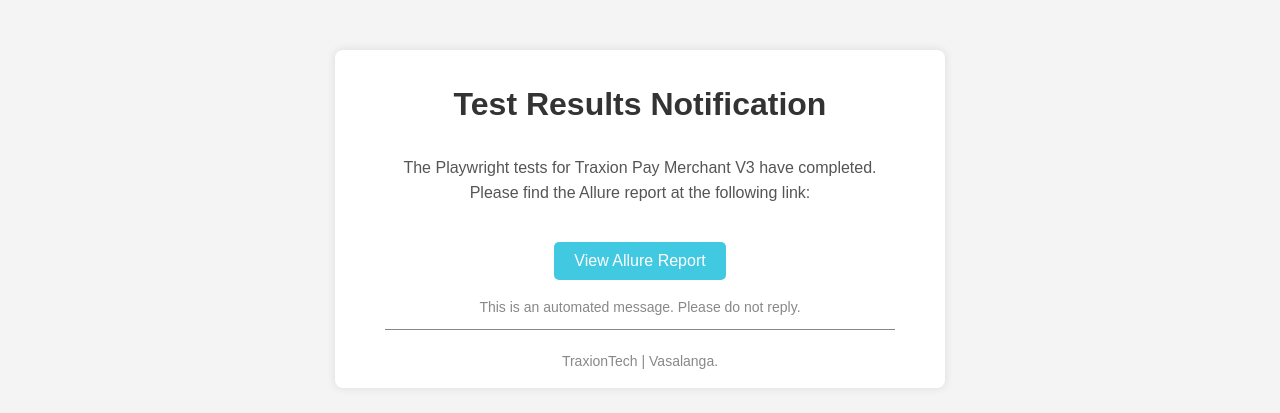
Repository: jmendozaqa24/TraxionPay-V3
Page: template.html
An editor plug-in stored every save of this project. The page is shown before and after the next save, followed by the edit.
The browser window is 1280 px wide. The pictures show the whole page.

Above is the page before, as saved 2025-01-31 10:54:04.

### template.html
<!DOCTYPE html>
            <html lang="en">
            <head>
                <meta charset="UTF-8">
                <meta name="viewport" content="width=device-width, initial-scale=1.0">
                <title>Test Results Notification</title>
            </head>
            <body style="font-family: Arial, sans-serif; background-color: #f4f4f4; margin: 5px 0; padding: 25px 0;">
                <div style="max-width: 600px; margin: 20px auto; background-color: #ffffff; padding: 5px; border-radius: 8px; box-shadow: 0 0 10px rgba(0, 0, 0, 0.1);">
                    <div style="text-align: center; padding-bottom: 0">
                        <h1 style="color: #333333; margin: 5; padding: 10px; ">Test Results Notification</h1>
                    </div>
                    <div style="text-align: center; margin: 5; padding: 0 40px;">
                        <p style="color: #555555; font-size: 16px; line-height: 1.6;">
                            The Playwright tests for Traxion Pay Merchant V3 have completed. Please find the Allure report at the following link:
                        </p>
                        <a href="https://dread-vin.github.io/TraxionPay-V3/"
                            style="display: inline-block; padding: 10px 20px; margin-top: 20px; font-size: 16px; color: #ffffff; background-color: #41C9E2; border-radius: 5px; text-decoration: none;">
                            View Allure Report
                        </a>
                    </div>
                    <div style="text-align: center; padding-top: 5px; font-size: 14px; color: #888888;">
                        <p>This is an automated message. Please do not reply.</p>
                    </div>
                    <hr style="border: none; border-top: 0.1px solid #888888; width: 85%;">
                    <div style="text-align: center; padding-top: 1px; font-size: 14px; color: #888888;">
                        <p>TraxionTech | Vasalanga.</p>
                    </div>
                </div>
            </body>
            </html>

After the next save:
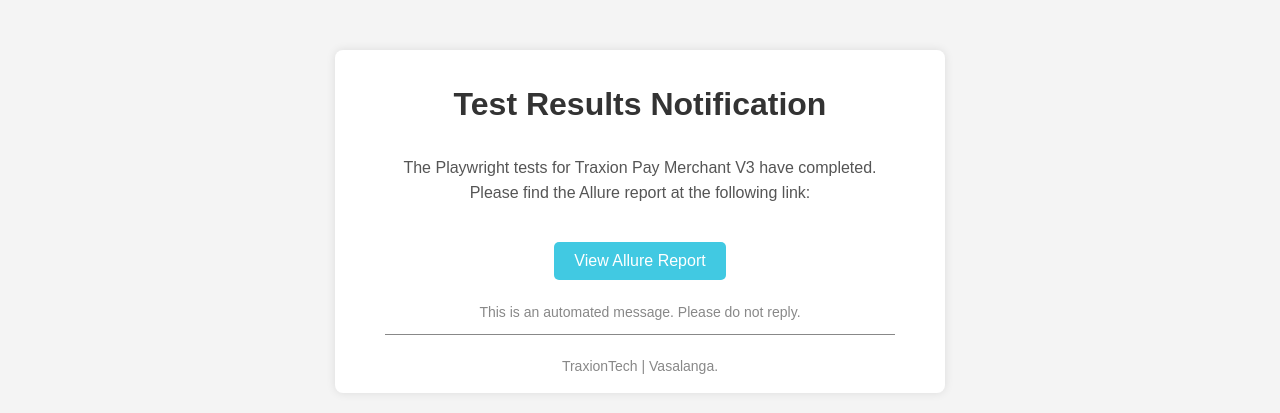
Saved 8 s later.
--- a/template.html
+++ b/template.html
@@ -19,7 +19,7 @@
                             View Allure Report
                         </a>
                     </div>
-                    <div style="text-align: center; padding-top: 5px; font-size: 14px; color: #888888;">
+                    <div style="text-align: center; padding-top: 10px; font-size: 14px; color: #888888;">
                         <p>This is an automated message. Please do not reply.</p>
                     </div>
                     <hr style="border: none; border-top: 0.1px solid #888888; width: 85%;">
